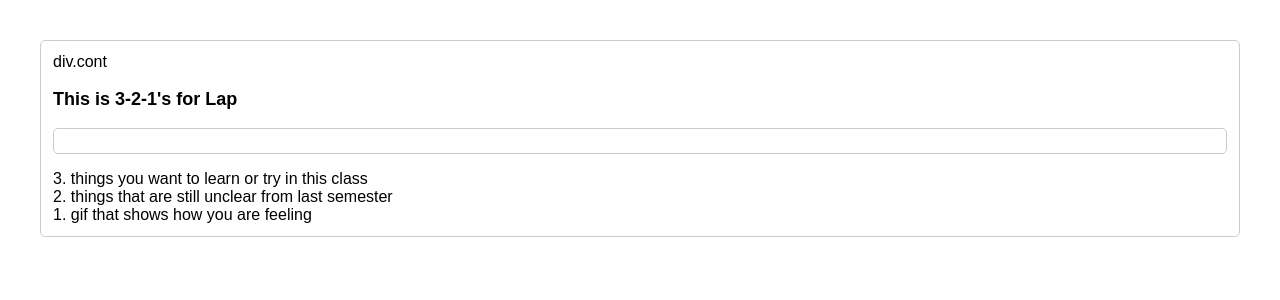
Repository: HyunJunggggg/MDIA2109
Page: index.html
An editor plug-in stored every save of this project. The page is shown before and after a run of saves, followed by the edit.
The browser window is 1280 px wide. The pictures show the whole page.

Above is the page before, as saved 2025-01-23 15:37:03.

### index.html
<!DOCTYPE html>
<html lang="en">
    <head>
        <!-- Meta -->
        <meta charset="UTF-8" />
        <meta name="viewport" content="width=device-width, initial-scale=1.0" />
        <link rel="stylesheet" href="style.css" />
        <title>HyunJung's Blog 😉</title>
    </head>

    <!-- body -->
    <body>
        <section>
            <div class="container" id="rats-ass">
                <header class="container__header">
                    div.cont
                </header>
                <p>This is 3-2-1's for Lap</p>
                <div class="container">

                </div>
                <ul>
                    <li>3. things you want to learn or try in this class</li>
                    <li>2. things that are still unclear from last semester</li>
                    <li>1. gif that shows how you are feeling</li>
                </ul>
            </div>
        </section>
    </body>
</html>

### style.css
/* Reset */
body {

}

ul,
ol,
dl {
    list-style-type: none;
    padding: 0;
    margin: 0;
}

/* Basic */
html {
    font-family: Arial, Helvetica, sans-serif;
}

body {
    padding: 2em;
}
a {
    text-decoration: none;
}

p {
    font-weight: bold;
    font-size: 18px;
}
/* Component style */
.container {
    margin-bottom: 1em;
    border: 1px solid #cccccc !important;
    border-radius: 5px;
    padding: 0.75em;
}

#rats-ass {
    border-color: red;
}
/* Utility style */

After the next 4 saves:
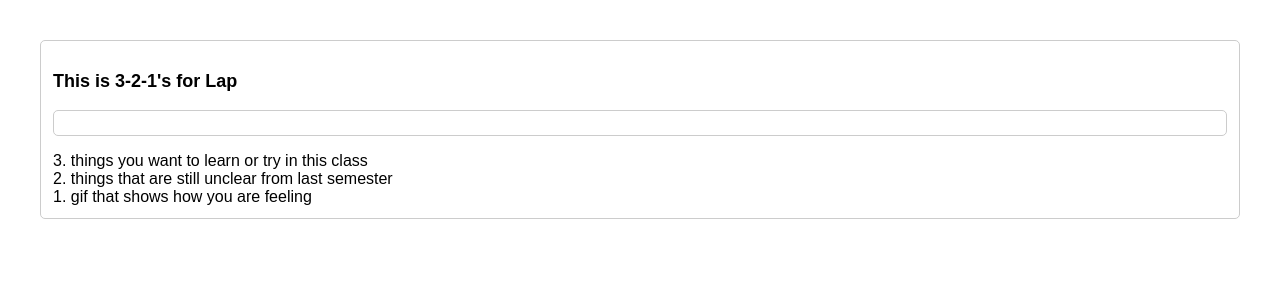
The 4 saves are shown as one change because they came seconds apart.
The last was saved 11 s later.
--- a/index.html
+++ b/index.html
@@ -13,7 +13,7 @@
         <section>
             <div class="container" id="rats-ass">
                 <header class="container__header">
-                    div.cont
+                    <div class="container__title"></div>
                 </header>
                 <p>This is 3-2-1's for Lap</p>
                 <div class="container">

After the save that followed:
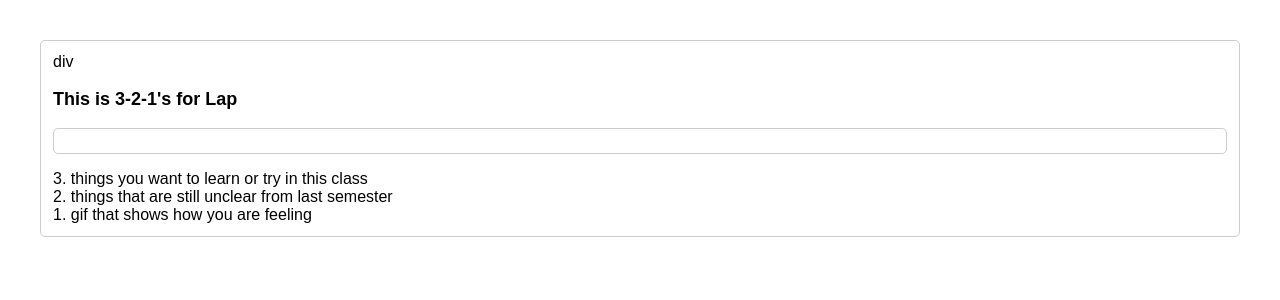
Saved 4 s later.
--- a/index.html
+++ b/index.html
@@ -14,6 +14,7 @@
             <div class="container" id="rats-ass">
                 <header class="container__header">
                     <div class="container__title"></div>
+                    div
                 </header>
                 <p>This is 3-2-1's for Lap</p>
                 <div class="container">
